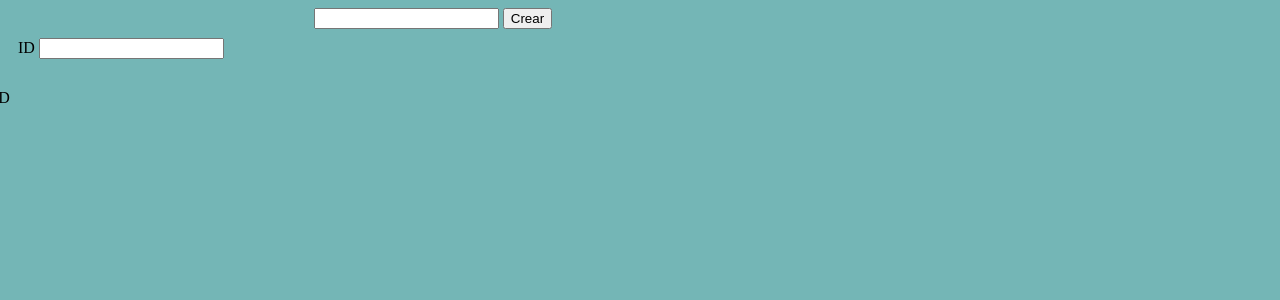
Repository: Robin-Rivadeneira/prueva_pablo
Page: index.html
An editor plug-in stored every save of this project. The page is shown before and after a run of saves, followed by the edit.
The browser window is 1280 px wide. The pictures show the whole page.

Above is the page before, as saved 2020-01-16 20:29:04.

### index.html
<!DOCTYPE html>
<html lang="en">
<head>
    <meta charset="UTF-8">
    <meta name="viewport" content="width=device-width, initial-scale=1.0">
    <meta http-equiv="X-UA-Compatible" content="ie=edge">
    <LINK REL=StyleSheet HREF="/css/bomberos.css" TYPE="text/css" MEDIA=screen>
    <title> Motobombas</title>
</head>
<body>
    <div>
        <label class="id">ID</label>
        <input type="number" id="id">
        <label class="capacidad">CAPACIDAD</label>
        <input type="number" id="capacidad" >
        <button type="button" class="button" onclick="moto.guardar()">Crear</button>
    </div>
    <br>
    <div id="img">

    </div>
    <br>
    <div id="estado">

    </div>
    <br>
    <div id="pintar">
    </div>
</body>
<script src="/js/Motobomba.js"></script>
<script src="/js/Bombero.js"></script>
</html>

### css/bomberos.css
body{
    background-color: rgb(116, 182, 182);
}
.id{
    position: relative;
    left: 10px;
    top: 30px;
}
#id{
    position: relative;
    top: 30px;
    left: 10px;
}

.capacidad{
    position: relative;
    top: 80px;
    right: 300px;
}

### js/Motobomba.js
class Motobomba {
    constructor(id, capacidad, estado = false) {
        this.id = id;
        this.capacidad = capacidad;
        this.estado = estado;
    }
    prender() {
        this.estado = true;
    }
    apagar() {
        this.estado = false;
    }
    getEstado() {
        return this.estado;
    }
    toString() {
        if (this.estado == true) {
            document.getElementById('estado').innerHTML='<img src="img/verde.jpg" windth="130px" height="100px">'
            var parrafo=document.createElement('p')
            parrafo.innerHTML = 'esta prendido'
            document.body.appendChild(parrafo)
            moto.apagar()
            document.getElementById("boton").innerHTML="prendido"

        }
        else if(this.estado == false) {
            document.getElementById('estado').innerHTML='<img src="img/rojo.jpg" windth="130px" height="100px">'
            var parrafo=document.createElement('p')
            parrafo.innerHTML = 'esta apagado'
            document.body.appendChild(parrafo)
            moto.prender()
            document.getElementById("boton").innerHTML="apagdo"
        }
    }
    guardar(){
        var recu= document.getElementById('id').value;
        var recu1=document.getElementById('capacidad').value;
        this.id=recu
        this.capacidad=recu1
        console.log(this.id)
        console.log(this.capacidad)
        document.getElementById('img').innerHTML='<img src="img/camion.jpg" windth="130px" height="100px">'
        document.getElementById('pintar').innerHTML='<button type="button" id="boton" onclick="moto.toString()">ESTADO</button>'
    }
}



let moto = new Motobomba()

### js/Bombero.js
class Bombero{
    constructor(nombre){
        this.nombre=nombre;
    }
    addHabilidad(){
        let habilidades=[];
        habilidades.push(this.nombre)
    }
}

After the next 2 saves:
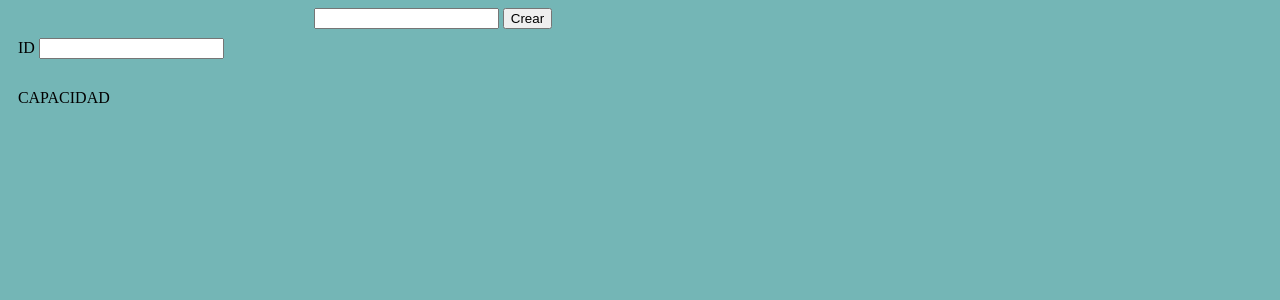
The 2 saves are shown as one change because they came seconds apart.
The last was saved 10 s later.
--- a/css/bomberos.css
+++ b/css/bomberos.css
@@ -15,5 +15,5 @@ body{
 .capacidad{
     position: relative;
     top: 80px;
-    right: 300px;
+    right: 200px;
 }
